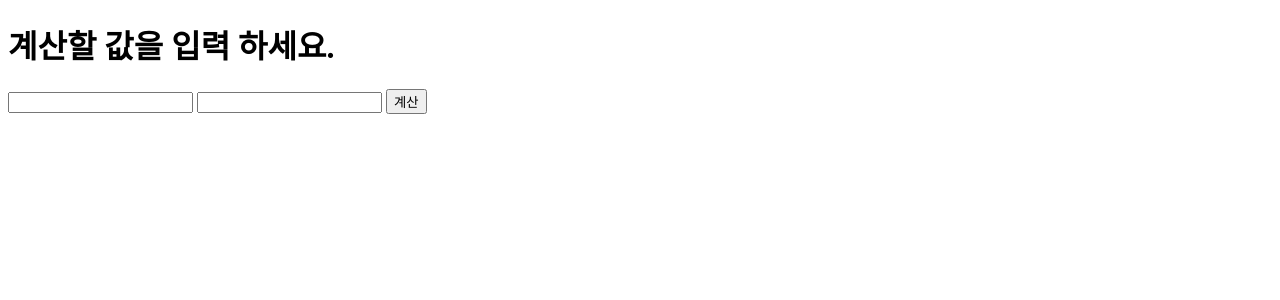
Repository: soyamilk0705/spring-newlecture
Page: ServeltAndJsp/JSPPrj/WebContent/add.html
The author's editor kept a copy of each file at every save. The page is drawn from the files as they stood at one save, then again after the next save.
The browser window is 1280 px wide. The pictures show the whole page.

Above is the page before, as saved 2024-01-06 05:37:23.

### ServeltAndJsp/JSPPrj/WebContent/add.html
<!DOCTYPE html>
<html>
<head>
<meta charset="UTF-8">
<title>Insert title here</title>
</head>
<body>
	<h1>계산할 값을 입력 하세요.</h1>
	<div>
		<form action="/add" method="post">
			<input type="text" name="x">
			<input type="text" name="y">
			<button type="sumbit">계산</button>
		</form>
	</div>
</body>
</html>

After the next save:
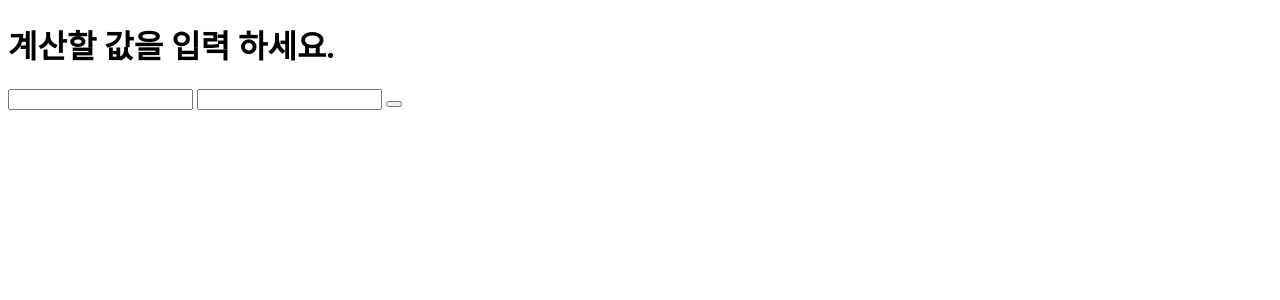
Saved 13 min 36 s later.
--- a/ServeltAndJsp/JSPPrj/WebContent/add.html
+++ b/ServeltAndJsp/JSPPrj/WebContent/add.html
@@ -10,7 +10,7 @@
 		<form action="/add" method="post">
 			<input type="text" name="x">
 			<input type="text" name="y">
-			<button type="sumbit">계산</button>
+			<button type="submit" value="계산"></button>
 		</form>
 	</div>
 </body>
